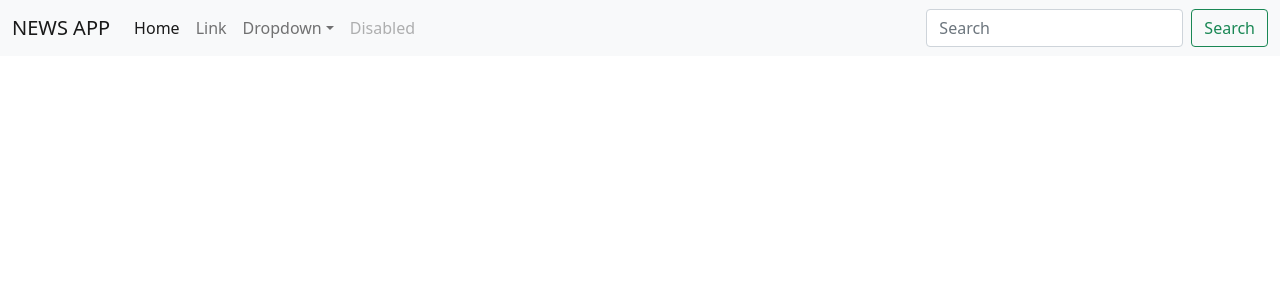
Repository: ashish9503/news_app
Page: /
The author's editor kept a copy of each file at every save. The page is drawn from the files as they stood at one save, then again after the next save.
The browser window is 1280 px wide. The pictures show the whole page.
The project was rebuilt for these pictures with package versions that can differ from the ones it lists, and the page was loaded fresh each time.

Above is the page before, as saved 2024-03-08 22:34:31.

### public/index.html
<!DOCTYPE html>
<html lang="en">
  <head>
    <meta charset="utf-8" />
    <link rel="icon" href="%PUBLIC_URL%/favicon.ico" />
    <meta name="viewport" content="width=device-width, initial-scale=1" />
    <meta name="theme-color" content="#000000" />
    <meta
      name="description"
      content="Web site created using create-react-app"
    />
    <link rel="apple-touch-icon" href="%PUBLIC_URL%/logo192.png" />
    <link href="https://cdn.jsdelivr.net/npm/bootstrap@5.0.2/dist/css/bootstrap.min.css" rel="stylesheet" integrity="sha384-EVSTQN3/azprG1Anm3QDgpJLIm9Nao0Yz1ztcQTwFspd3yD65VohhpuuCOmLASjC" crossorigin="anonymous">

    <!--
      manifest.json provides metadata used when your web app is installed on a
      user's mobile device or desktop. See https://developers.google.com/web/fundamentals/web-app-manifest/
    -->
    <link rel="manifest" href="%PUBLIC_URL%/manifest.json" />
    <!--
      Notice the use of %PUBLIC_URL% in the tags above.
      It will be replaced with the URL of the `public` folder during the build.
      Only files inside the `public` folder can be referenced from the HTML.

      Unlike "/favicon.ico" or "favicon.ico", "%PUBLIC_URL%/favicon.ico" will
      work correctly both with client-side routing and a non-root public URL.
      Learn how to configure a non-root public URL by running `npm run build`.
    -->
    <title>React App</title>
  </head>
  <body>
    <noscript>You need to enable JavaScript to run this app.</noscript>
    <div id="root"></div>
    <!--
      This HTML file is a template.
      If you open it directly in the browser, you will see an empty page.

      You can add webfonts, meta tags, or analytics to this file.
      The build step will place the bundled scripts into the <body> tag.

      To begin the development, run `npm start` or `yarn start`.
      To create a production bundle, use `npm run build` or `yarn build`.
    -->
    <script src="https://cdn.jsdelivr.net/npm/bootstrap@5.0.2/dist/js/bootstrap.bundle.min.js" integrity="sha384-MrcW6ZMFYlzcLA8Nl+NtUVF0sA7MsXsP1UyJoMp4YLEuNSfAP+JcXn/tWtIaxVXM" crossorigin="anonymous"></script>

  </body>
</html>

### src/index.js
import React from 'react';
import ReactDOM from 'react-dom/client';
import App from './App';;


const root = ReactDOM.createRoot(document.getElementById('root'));
root.render(
  <React.StrictMode>
    <App />
  </React.StrictMode>
);
// reportWebVitals();

### src/App.js
import React from 'react'
import Navbar from './component/navbar/Navbar'

const App = () => {
  return (
    <div>
    <Navbar/>

    </div>
  )
}

export default App

### src/component/navbar/Navbar.js
import React from 'react'

const Navbar = () => {
  return (
    <div>
      <nav className="navbar navbar-expand-lg navbar-light bg-light">
  <div className="container-fluid">
    <a className="navbar-brand" href="#">NEWS APP</a>
    <button className="navbar-toggler" type="button" data-bs-toggle="collapse" data-bs-target="#navbarSupportedContent" aria-controls="navbarSupportedContent" aria-expanded="false" aria-label="Toggle navigation">
      <span className="navbar-toggler-icon"></span>
    </button>
    <div className="collapse navbar-collapse" id="navbarSupportedContent">
      <ul className="navbar-nav me-auto mb-2 mb-lg-0">
        <li className="nav-item">
          <a className="nav-link active" aria-current="page" href="#">Home</a>
        </li>
        <li className="nav-item">
          <a className="nav-link" href="#">Link</a>
        </li>
        <li className="nav-item dropdown">
          <a className="nav-link dropdown-toggle" href="#" id="navbarDropdown" role="button" data-bs-toggle="dropdown" aria-expanded="false">
            Dropdown
          </a>
          <ul className="dropdown-menu" aria-labelledby="navbarDropdown">
            <li><a className="dropdown-item" href="#">Action</a></li>
            <li><a className="dropdown-item" href="#">Another action</a></li>
            <li><hr className="dropdown-divider"/></li>
            <li><a className="dropdown-item" href="#">Something else here</a></li>
          </ul>
        </li>
        <li className="nav-item">
          <a className="nav-link disabled" href="#" tabindex="-1" aria-disabled="true">Disabled</a>
        </li>
      </ul>
      <form className="d-flex">
        <input className="form-control me-2" type="search" placeholder="Search" aria-label="Search"/>
        <button className="btn btn-outline-success" type="submit">Search</button>
      </form>
    </div>
  </div>
</nav>
    </div>
  )
}

export default Navbar

After the next save:
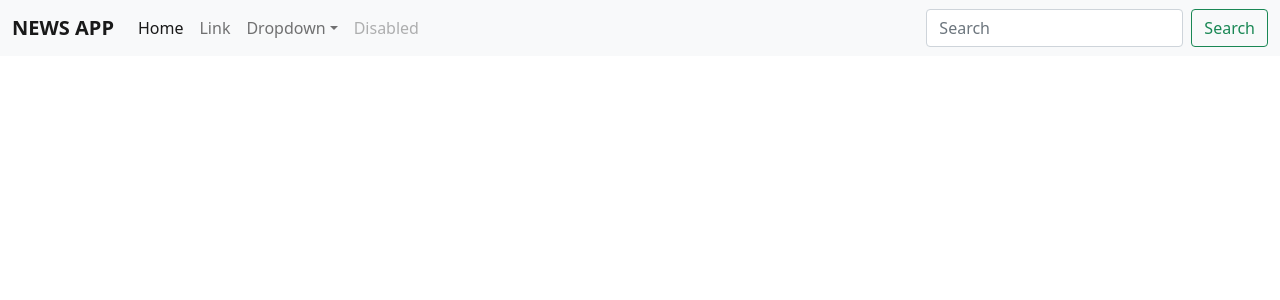
Saved 52 s later.
--- a/src/component/navbar/Navbar.js
+++ b/src/component/navbar/Navbar.js
@@ -5,7 +5,7 @@
     <div>
       <nav className="navbar navbar-expand-lg navbar-light bg-light">
   <div className="container-fluid">
-    <a className="navbar-brand" href="#">NEWS APP</a>
+    <a className="navbar-brand" href="#"><b>NEWS APP</b></a>
     <button className="navbar-toggler" type="button" data-bs-toggle="collapse" data-bs-target="#navbarSupportedContent" aria-controls="navbarSupportedContent" aria-expanded="false" aria-label="Toggle navigation">
       <span className="navbar-toggler-icon"></span>
     </button>
